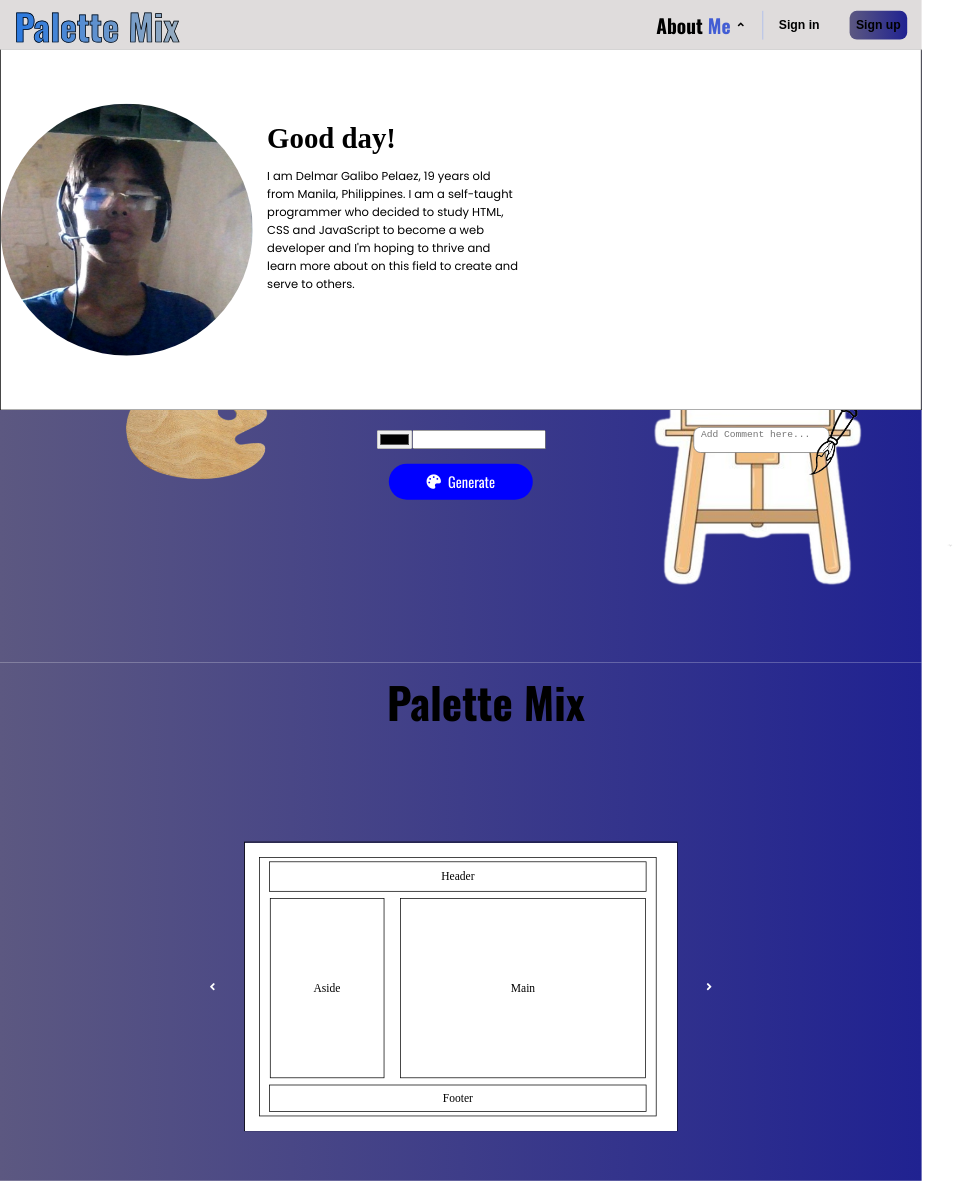
Repository: dmpelaez/Login-Signup-form
Page: Color/colorHeader.html
These files come from the project's save history. The page is drawn as it stood at one moment and after a run of saves; the edit follows.
The browser window is 1280 px wide. The page is 1353 px wide, so the pictures cover 1353 px, including what lies to the right of the window. The pictures show the whole page, at 72% of full size.
Some web libraries are served in a nearby version.

Above is the page before, as saved 2025-12-12 18:05:57.

### Color/colorHeader.html
<!DOCTYPE html>

  <html lang="en" dir="ltr">

    <head>

      <title>Palette Mix</title>
      <!--Style-->
      <link rel="stylesheet" href="colorHeader.css">
      <link rel="stylesheet" href="colorMain.css">
      <link rel="stylesheet" href="https://cdnjs.cloudflare.com/ajax/libs/font-awesome/5.14.0/css/all.min.css">
    </head>
    <body>

      <header class="color-header">
        <!--Title-->
        <a href="colorHeader.html">
          <section id="title" class="color-title">
            Palette Mix
          </section>
        </a>

        <!--End-->

        <!--Right side navigation bar-->
        <section class="navigation-bar">

          <!--About me-->
          <button class="about-me">
            <span class="aboutme">About <span class="me-text">Me</span></span>
            <i class="fas fa-angle-up"></i>
          </button>

          <!--Login & Signup form-->
          <div class="signin-signup">
            <button class="sign-in">
              Sign in
            </button>
            <button class="sign-up">
              Sign up
            </button>
          </div>
        </section>
        <!--End-->
        <div class="aboutmeSection">
          <div class="sectionAboutme">

            <img class="imageofme" alt="Creator Image" src="WIN_20241001_13_05_33_Pro.jpg">
            <P class="gd">Good day!</P>
            <p class="introduction">
              I am Delmar Galibo Pelaez, 19 years old from Manila, Philippines.
              I am a self-taught programmer who decided to study HTML, CSS and JavaScript to become
              a web developer and I'm hoping to thrive and learn more about on this field to create and serve to others.
            </p>

          </div>

        </div>


      </header>

      <main class="mainpage">

        <!--Main page-->
        <div class="main-page">

          <section class="title1">

            <h1 class="intro">Your color palettes generator!</h1>

            <h3 class="little-info">Create the perfect palette and get inspired by thousands of beautiful color schemes.</h3>
            <div class="sliding">
              <div class="colors">
              </div>
              <div class="colors2">
              </div>
              <div class="colors3">
              </div>
               <div class="colors4">
              </div>
            </div>

            <div class="colorSearch">
              <input type="color" class="colorbox">
              <Input type="text"  class="textbox">
              <img class="brush" src="brush.png">
              <img class="plate" src="plate.png">
              <img class="board" src="board.png">
                <div class="comment-section">
                  <h3 class="comment-text">Comment Here!</h3>
                  <ul class="comment-list"></ul>
                  <textarea class="comment-input" placeholder="Add Comment here..."></textarea>
                </div>
              </img>

            </div>

            <button class="generator">
              <i class="fas fa-palette"></i>
              Generate
            </button>
          </section>


        </div>

        <div class="theWhole">
          <div class="paletteText">Palette Mix</div>
          <div class="colorGenerator">
          </div>

          <div class="wholeDesign">
          <i id="leftIcon" class="fas fa-angle-left"></i>
              <div class="divBox">

            <!--Design 1-->


            <div class="divScroll">
              <div  class="div1">
                <div id="randomBox1" class="divpage1">
                  <header id="randomBox2" class="headerDiv1">Header</header>
                  <main  id="randomBox3" class="mainDiv1">
                    <div id="randomBox4" class="asideDiv1">Aside</div>
                    <div id="randomBox5" class="frontDiv1">Main</div>
                  </main>
                  <footer id="randomBox7" class="footerDiv1">Footer</footer>
                </div>
              </div>
              <!--Design 2-->
              <div  class="div2">
                <div id="randomBox1" class="divpage2">
                  <header id="randomBox2" class="headerDiv2">Header</header>
                    <div id="randomBox4" class="asideDiv2">Aside</div>
                    <div id="randomBox5" class="frontDiv2">Main</div>
                  <footer id="randomBox7" class="footerDiv2">Footer</footer>
                </div>
              </div>

              <!--Design 3-->

              <div  class="div3">
                <div id="randomBox1" class="divpage3">
                  <header id="randomBox2" class="headerDiv3">Header</header>
                    <div class="navBar">Navigation</div>
                    <div id="randomBox4" class="asideDiv3">Aside</div>
                    <div id="randomBox4" class="asideDiv32">Aside</div>
                    <div id="randomBox5" class="frontDiv3">Main</div>

                  <footer id="randomBox7" class="footerDiv3">Footer</footer>
                </div>
              </div>

            </div>
          </div>
          <i id="rightIcon"class="fas fa-angle-right"></i>



        </div>

        </div>


      </main>


      <script type="module" src="color.js"></script>

    </body>

  </html>

### Color/colorHeader.css
@import url('https://fonts.googleapis.com/css2?family=Anton&family=Oswald:wght@200..700&family=Poppins:ital,wght@0,100;0,200;0,300;0,400;0,500;0,600;0,700;0,800;0,900;1,100;1,200;1,300;1,400;1,500;1,600;1,700;1,800;1,900&family=Roboto:ital,wght@0,100..900;1,100..900&display=swap');

body {
  margin: 0;
  padding: 0;
}

.color-header {
  display: flex;
  justify-content: space-between;
  align-items: center;
  padding-left: 20px;
  padding-right: 20px;
  background: rgb(223, 220, 220);
  box-sizing: border-box;
  position: fixed;
  right: 0;
  left: 0;
  top: 0;
  height: 70px;
  border-bottom: 1px solid gray;
  z-index: 2;
}
@media (max-width: 670px) {
  .color-header {
    gap: 30px;
  }
}

a {
  text-decoration: none;
  flex-shrink: 0;
}

.color-title {
font-family: "Oswald", sans-serif;
font-weight: bold;
display: flex;
height: 50px;
font-size: 50px;
justify-content: start;
align-items: center;
-webkit-text-stroke: 1px black;
background: linear-gradient(90deg, rgb(41, 120, 224), rgb(150, 171, 190));
-webkit-background-clip: text;
-webkit-text-fill-color: transparent;
transition: all 0.3s ease;
cursor: pointer;
flex-shrink: 0;
}




.navigation-bar {
  display: Flex;
  justify-content: space-between;
  align-items: center;
  gap: 20px;
  height: 50px;
}
.signin-signup {
  display: Flex;
  border-left: 1px solid rgb(162, 183, 240);
  justify-content: space-between;
  align-items: center;
  gap: 30px;
  height: 40px;
  padding-left: 10px;
}

.sign-up {
  height: 40px;
  width: 80px;
  border-radius: 10px;
  border: none;
  background: transparent;
  color: black;
  font-family: arial;
  font-weight: bold;
  font-size: 17px;
  cursor: pointer;
  background: linear-gradient(90deg, rgb(92, 88, 129), rgb(32, 34, 145));
}
.sign-in {
  height: 40px;
  width: 80px;
  border-radius: 10px;
  border: none;
  background: transparent;
  color: black;
  font-family: arial;
  font-weight: bold;
  font-size: 17px;
  cursor: pointer;

}
.sign-in:hover,
.sign-up:hover {
background: linear-gradient(90deg, rgb(92, 88, 129), rgb(32, 34, 145));
  color: white;
}
.about-me {
  display: flex;
  justify-content: space-evenly;
  height: 40px;
  align-items: center;
  background-color: transparent;
  border: none;
  cursor: pointer;
  border-radius: 5px;
  flex-shrink: 0;
}
.about-me:hover {
  color: white;
  background: linear-gradient(90deg, rgb(92, 88, 129), rgb(32, 34, 145));
}
.aboutme {
  font-weight: bold;
  font-size: 27px;
  font-family: "Oswald";

}

.me-text {
  margin-right: 10px;
  color: rgb(66, 93, 212);
}

### Color/colorMain.css
@import url('https://fonts.googleapis.com/css2?family=Anton&family=Luckiest+Guy&family=Oswald:wght@200..700&family=Poppins:ital,wght@0,100;0,200;0,300;0,400;0,500;0,600;0,700;0,800;0,900;1,100;1,200;1,300;1,400;1,500;1,600;1,700;1,800;1,900&family=Roboto:ital,wght@0,100..900;1,100..900&display=swap');

body {
  height: 1580px;
}

.mainpage {
margin-top: 70px;
display: grid;
max-width: 1900px;
flex-shrink: 0;
position: relative;
}



.main-page {

}
.intro {
  font-weight: bold;
  font-size: 95px;
  white-space: wrap;
  font-family: "Oswald";
  flex-shrink: 0;
  display: flex;
  margin: 0px;
}


.aboutmeSection {
  display: flex;
  position: absolute;
  border: 1px solid black;
  background-color: white;
  left: 0;
  top: 100%;
  right: 0%;
  border-top: none;
  height: 500px;
  justify-content: space-between;
  align-items: center;
}
.sectionAboutme {
  display: flex;
  height: 200px;
  justify-content: center;
 align-items: center;
 position: relative;
 gap: 20px;
}
.imageofme {
  width: 350px;
  height: 350px;
  object-fit: cover;
  border-radius: 50%;
}
.introduction {
  width: 350px;
  font-family: "Poppins";
}
.gd {
  font-weight: bold;
  font-size: 40px;
  white-space: nowrap;
  position: absolute;
  top: -90px;
  left: 370px;
}




.title1 {
  display: flex;
  flex-direction: column;
    width: 100%;
  height: 800px;
  justify-content: start;
  position: relative;
  padding-top: 50px;
  align-items: center;
 background: linear-gradient(90deg, rgb(92, 88, 129), rgb(32, 34, 145));
 transition: background 6s ease;

}


.animate-gradient {
  animation: gradientShift 6s infinite alternate;
}

.little-info {

  font-size: 19px;
  color: rgb(0, 0, 0);
  font-family: "Poppins";
}

.letters {
  display: inline-block;
  margin: 2px;
}

.letters:hover {
  cursor: pointer;
  transition: text-shadow 0.3s ease;

  animation: wiggle 0.2s infinite alternate;
}


@keyframes wiggle {
  from {transform: translateX(0);}
  to {transform: translateX(-10px);}
}
.colors,
.colors2,
.colors3,
.colors4  {
  display: flex;

   width: 500px;
  height: 150px;
  justify-content: center;

   gap: 10px;
}
.colors div,
.colors2 div,
.colors3 div,
.colors4 div {
  display: Flex;
  height: 145px;
  flex-direction: row;
  width: 200px;
  justify-content: center;
}
.box {
  display: Flex;
  align-items: center;
  justify-content: center;
  font-weight: bold;
  font-size: 19px;
  text-transform: uppercase;
  cursor: pointer;

  border-radius: 10px;
}
.sliding {

  height: 250px;
 position: relative;
 overflow: hidden;
 margin-bottom: 20px;
}
.colors,
.colors2,
.colors3,
.colors4 {
  animation: scrollUp 6s linear infinite;

}


@keyframes scrollUp {
  0%   { transform: translateY(0); }
  25%   { transform: translateY(-50%); }
  50%   { transform: translateY(-100%); }
  75%   { transform: translateY(-150%); }
  100% { transform: translateY(-205%); }
}

.colorSearch {
  display: Flex;
  position: relative;
}
.brush {
  position: absolute;
  width: 300px;
  object-fit: cover;
  z-index: 1;
  top: -250px;
  right: -580px;
  pointer-events: none;
}
.plate {
  position: absolute;
  width: 200px;
  left: -350px;
  top: -70px;


}
.board {
  position: absolute;
  width: 600px;
  top: -330px;
  left: 230px;
  pointer-events: none;
}

.comment-section {
  position: absolute;
  right: -394px;
  bottom: -20%;
  display: flex;
  flex-direction: column;
  height: 250px;
  justify-content: end;
  text-align: center;

}
.comment-list {
position: absolute;
bottom: 10%;
display: flex;
align-items: left;
justify-content: start;

gap: 10px;
height: 140px;
width: 189px;
padding: 0;
left: -16px;
flex-direction: column;
overflow-y: scroll;
padding-left: 10px;
}
.comment-text {
  margin: 0px;
  Position: absolute;
  top: 45px;
  left: 20px;
  white-space: nowrap;
}
.comment-input {
display: flex;
position: initial;
padding-left: 10px;
text-align: middle;
align-items: center;
justify-content: center;
border-radius: 10px;
outline: none;
}
.comments {
  display: flex;
  justify-content: start;
  text-align: left;
  width: 160px;
  white-space: normal;
  word-wrap: break-word;
  word-break: break-all;
  overflow-wrap: break-word;
  border: 1px solid gray;
  padding: 10px;
  padding-right: 0px;
}


.generator {
  display: flex;
  background: blue;
  border: none;
  border-radius: 50px;
  height: 50px;
  align-items: center;
  justify-content: center;
  margin-top: 20px;
  width: 200px;
  font-family: "Oswald";
  font-size: 20px;
  color: white;
  cursor: pointer;
}
.generator i {
  margin-right: 10px;
}

.colorGenerator {
  display: flex;


  height: 200px;
  width: 100%;
  align-self: center;
 justify-self: center;
 align-items: center;
 justify-content: center;
 gap: 10px;

}
.generateColor {
  display: flex;
  border-width: 1px;
  border-radius: solid;
  width: 200px;
  height: 100px;
  justify-content: center;
  align-items: center;
  cursor: pointer;
  color: black;
}

.paletteText {
  font-weight: bold;
  font-family: "Oswald";
  font-size: 60px;
  position: absolute;
  left: 42%;
  top: 0;
  right: 50%;
  white-space: nowrap;
  top: 10px;

}

.theWhole {
  height: 100vh;
  display: flex;
  flex-direction: column;
  justify-content: center;
  align-items: center;
  position: relative;
 background: linear-gradient(90deg, rgb(92, 88, 129), rgb(32, 34, 145));
}

.divBox {
  border: 1px solid black;
  height: 400px;
  width: 600px;
  display: flex;
  align-items: center;
  justify-content: center;
  align-self: center;
  justify-self: center;
  gap: 20px;
  background-color: white;
  overflow-x: auto;
  scroll-behavior: smooth;
  position: relative;
}
.divBox::-webkit-scrollbar {
  display: none;
}
.wholeDesign {
  display: flex;
  justify-content: center;
  align-items: center;
  margin-bottom: 20px;
}


.divBox i {
  cursor: pointer;
  margin-right: 10px;
  margin-left: 10px;

}

.divScroll {
  display: flex;
  justify-content: space-evenly;
  height: 90%;
  min-width: 90%;
  position: absolute;
  left: 20px;
  background-color: white;
  gap: 30px;

}

.div1{
  display: grid;
  border: 1px solid black;
  min-height: 90%;
  width: 550px;
  flex-direction: column;
  z-index: 1;


}


.div2 {
 display: grid;
  border: 1px solid black;
  min-height: 90%;
  width: 550px;
  flex-direction: column;
  z-index: 1;

}
.div3 {
  display: grid;
  border: 1px solid black;
  min-height: 90%;
  width: 550px;
  flex-direction: column;
  z-index: 1;
  margin-right: 20px;

}





.divpage1 {
  display: flex;
   z-index: 2;
   flex-direction: column;
  height: 100%;
  min-width: 100%;
  justify-content: space-between;
  align-items: center;

}

.headerDiv1 {
  display: flex;
  align-items: center;
  justify-content: center;
  height: 40px;
  border: 1px solid black;
  min-width: 95%;
  margin-top: 5px;
  z-index: 2;
  background-color: white;
}
.mainDiv1{
  display: flex;
   z-index: 2;
  height: 70%;
  min-width: 95%;
  justify-content: space-between;

}
.footerDiv1 {
  display: flex;
  border: 1px solid black;
  min-width: 95%;
  justify-content: center;
  height: 10%;
  align-items: center;
  margin-bottom: 5px;
    z-index: 2;
    background-color: white;
}
.asideDiv1 {
  border: 1px solid black;
  min-width: 30%;
  display: flex;
  align-items: center;
  justify-content: center;
  z-index: 2;
  background-color: white;
}
.frontDiv1 {
  display: flex;
  border: 1px solid black;
  min-width: 65%;
  justify-content: center;
  align-items: center;
  z-index: 2;
  background-color: white;
}





.divpage2 {
  display: grid;
grid-template-columns: 150px 1fr 1fr 1fr;
grid-template-rows: 150px 1fr 1fr 1fr;
row-gap: 10px;
column-gap: 10px;
margin: 10px;
}
.headerDiv2 {
  grid-row: 1 / 3 span;
  display: flex;
  justify-content: center;
  align-items: center;
  border: 1px solid black;
  background-color: white;
}

.footerDiv2 {
  grid-row: 4 / 1 span;
  grid-column: 4 span;
  display: flex;
  justify-content: center;
  align-items: center;
  border: 1px solid black;
  background-color: white;
}


.frontDiv2 {
grid-column: 2 / 3 span;
grid-row: 1 / 2 span;
display: flex;
justify-content: center;
align-items: center;
border: 1px solid black;
background-color: white;
}
.asideDiv2 {
  grid-column: 2 / 3 span;
  display: flex;
  justify-content: center;
  align-items: center;
  border: 1px solid black;
  background-color: white;
}




.divpage3 {
  display: grid;
  grid-template-columns: 150px 1fr 150px;
  grid-template-rows: 50px 40px 1fr 1fr 40px;
  row-gap: 10px;
  column-gap: 10px;
  margin: 10px;

}
.headerDiv3 {
  grid-column: 1 / 3 span;
  display: flex;
  justify-content: center;
  align-items: center;
  border: 1px solid black;
  background-color: white;
}
.navBar {
  grid-column: 1 / 3 span;
  display: flex;
  justify-content: center;
  align-items: center;
  border: 1px solid black;
background-color: white;
}
.asideDiv3 {
  display: flex;
  border: 1px solid black;
  justify-content: center;
  align-items: center;
background-color: white;
}
.asideDiv32 {
  display: Flex;
  border: 1px black solid;
  grid-row: 4;
  justify-content: center;
  align-items: center;
  background-color: white;
}
.frontDiv3 {
  display: flex;
  justify-content: center;
  align-items: center;
  border: 1px solid black;
  grid-row: 3 / 2 span;
  grid-column: 2 / 2 span;
  background-color: white;
}
.footerDiv3 {
  display: Flex;
  align-items: center;
  justify-content: center;
  border: 1px solid black;
  grid-column: 1 / 3 span;
  background-color: white;
}




#leftIcon {
  cursor: pointer;
  color: white;
  margin-right: 20px;
  padding: 20px;
}
#rightIcon {
  cursor: pointer;
  margin-left: 20px;
  padding: 20px;
 color: white;
}

Loaded but not shown: Color/color.js (458 lines, source omitted)

After the next 2 saves:
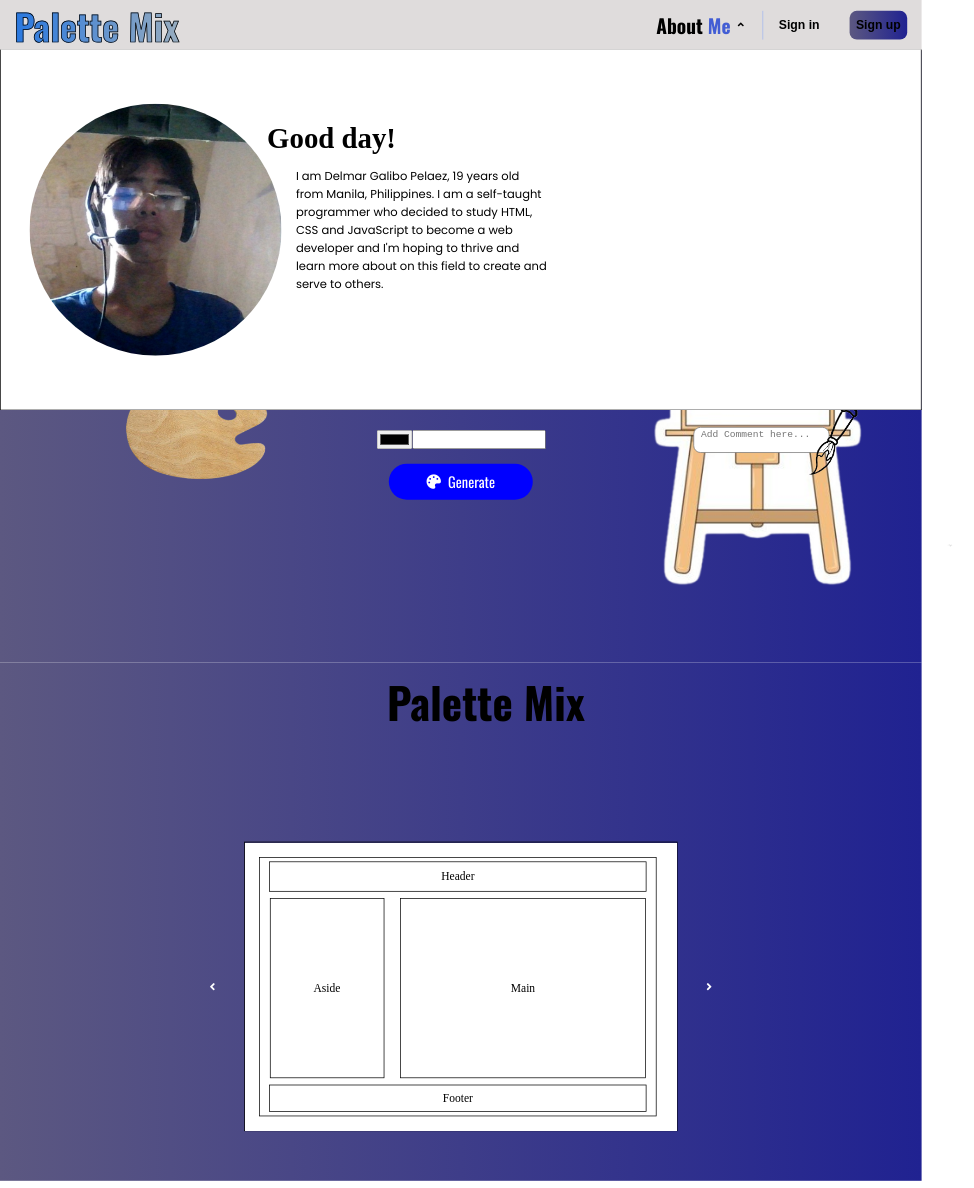
The 2 saves are shown as one change because they came seconds apart.
The last was saved 20 s later.
--- a/Color/colorMain.css
+++ b/Color/colorMain.css
@@ -48,6 +48,7 @@ position: relative;
  align-items: center;
  position: relative;
  gap: 20px;
+ padding-left: 40px;
 }
 .imageofme {
   width: 350px;
